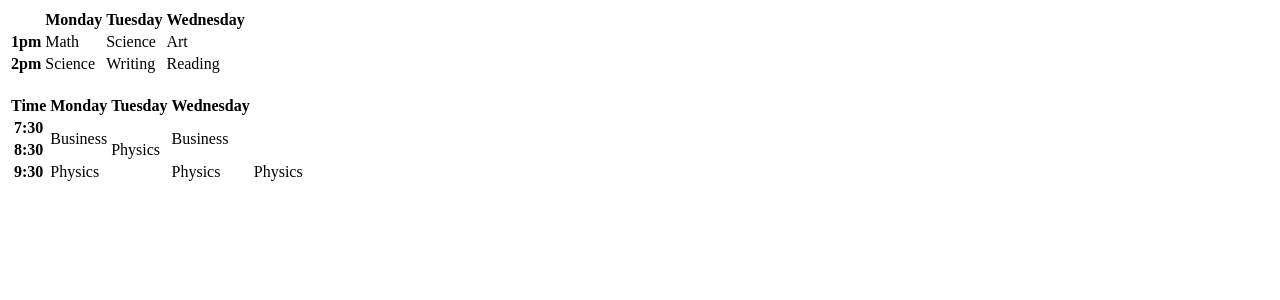
Repository: jefflai0412/website_design
Page: task1.html
An editor plug-in stored every save of this project. The page is shown before and after the next save, followed by the edit.
The browser window is 1280 px wide. The pictures show the whole page.

Above is the page before, as saved 2024-10-18 13:38:41.

After the next save:
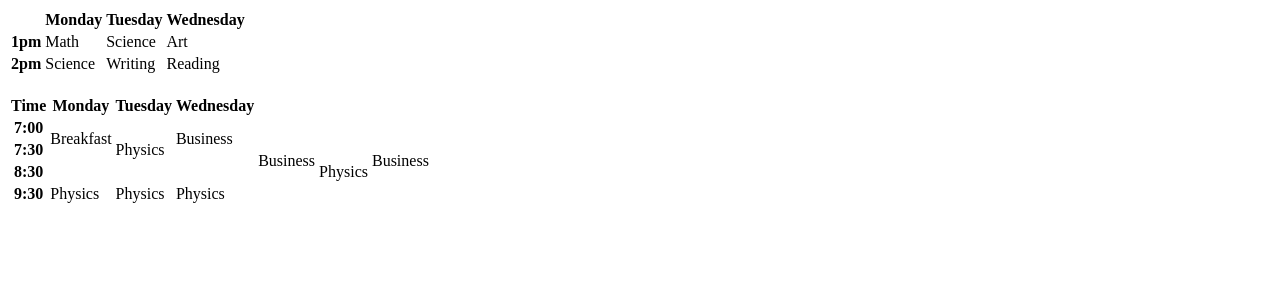
Saved 33 s later.
--- a/task1.html
+++ b/task1.html
@@ -39,6 +39,12 @@
             <th>Wednesday</th>
         </tr>
         <tr>
+            <th scope="row">7:00</th>
+            <td rowspan="2">Breakfast</td>
+            <td rowspan="3">Physics</td>
+            <td rowspan="2">Business</td>
+        </tr>
+        <tr>
             <th scope="row">7:30</th>
             <td rowspan="2">Business</td>
             <td rowspan="3">Physics</td>
